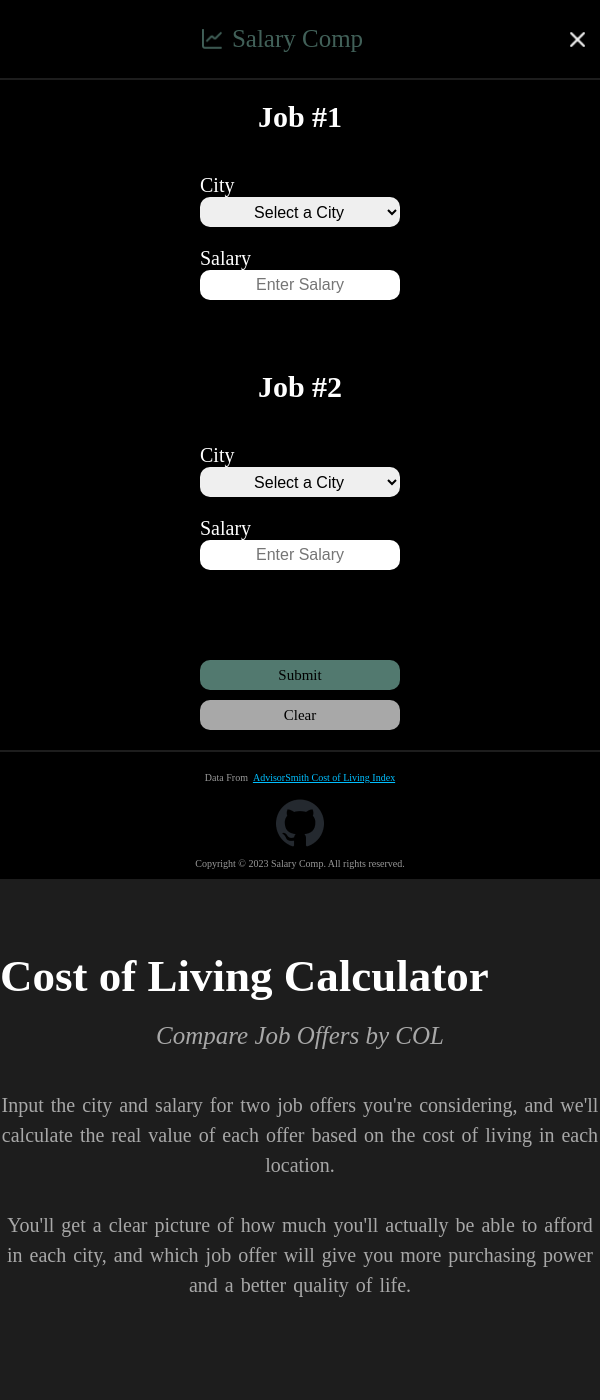
Repository: robbymcd/Salary-Comp
Page: /
These files come from the project's save history. The page is drawn as it stood at one moment and after a run of saves; the edit follows.
The browser window is 600 px wide. The pictures show the whole page.
Some web fonts or font styles are not loaded; a fallback is used. The project was rebuilt for these pictures with package versions that can differ from the ones it lists, and the page was loaded fresh each time. Also part of the build but not shown: src/Main.css, src/Main.js.

Above is the page before, as saved 2023-06-16 18:24:15.

### public/index.html
<!DOCTYPE html>
<html lang="en">
  <head>
    <meta charset="utf-8" />
    <link rel="icon" href="%PUBLIC_URL%/favicon.ico" />
    <meta name="viewport" content="width=device-width, initial-scale=1" />
    <meta name="theme-color" content="#000000" />
    <meta
      name="description"
      content="Compare Job Offers by COL"
    />
    <link rel="apple-touch-icon" href="%PUBLIC_URL%/favicon.ico" />
    <!--
      manifest.json provides metadata used when your web app is installed on a
      user's mobile device or desktop. See https://developers.google.com/web/fundamentals/web-app-manifest/
    -->
    <link rel="manifest" href="%PUBLIC_URL%/manifest.json" />
    <!--
      Notice the use of %PUBLIC_URL% in the tags above.
      It will be replaced with the URL of the `public` folder during the build.
      Only files inside the `public` folder can be referenced from the HTML.

      Unlike "/favicon.ico" or "favicon.ico", "%PUBLIC_URL%/favicon.ico" will
      work correctly both with client-side routing and a non-root public URL.
      Learn how to configure a non-root public URL by running `npm run build`.
    -->
    <title>Salary Comp</title>
  </head>
  <body>
    <noscript>You need to enable JavaScript to run this app.</noscript>
    <div id="root"></div>
    <!--
      This HTML file is a template.
      If you open it directly in the browser, you will see an empty page.

      You can add webfonts, meta tags, or analytics to this file.
      The build step will place the bundled scripts into the <body> tag.

      To begin the development, run `npm start` or `yarn start`.
      To create a production bundle, use `npm run build` or `yarn build`.
    -->
  </body>
</html>

### src/index.css
body {
  margin: 0;
  font-family: -apple-system, BlinkMacSystemFont, 'Segoe UI', 'Roboto', 'Oxygen',
    'Ubuntu', 'Cantarell', 'Fira Sans', 'Droid Sans', 'Helvetica Neue',
    sans-serif;
  -webkit-font-smoothing: antialiased;
  -moz-osx-font-smoothing: grayscale;
  height: 100%;
  width: 100%;
}

html {
  height: 100%;
  width: 100%;
  background-color: #1D1D1D;
}

code {
  font-family: source-code-pro, Menlo, Monaco, Consolas, 'Courier New',
    monospace;
}

### src/App.js
import React, { useState } from 'react';
import './App.css';
import Sidebar from './Sidebar.js';
import Content from './Content.js';

function App() {
  const [isSubmitted, setIsSubmitted] = useState(false);
  const [cityCOL1, setCityCOL1] = useState('');
  const [cityCOL2, setCityCOL2] = useState('');
  const [cityName1, setCityName1] = useState('');
  const [cityName2, setCityName2] = useState('');
  const [salary1, setSalary1] = useState('');
  const [salary2, setSalary2] = useState('');

  const handleFormSubmit = (formData) => {
    setIsSubmitted(true);
    setCityCOL1(formData.cityCOL1);
    setCityCOL2(formData.cityCOL2);
    setCityName1(formData.cityName1);
    setCityName2(formData.cityName2);
    setSalary1(formData.salary1);
    setSalary2(formData.salary2);
  };

  return (
    <div className="main">
        <Sidebar onFormSubmit={handleFormSubmit}/>
        <Content isSubmitted={isSubmitted} cityCOL1={cityCOL1} cityCOL2={cityCOL2} cityName1={cityName1} cityName2={cityName2} salary1={salary1} salary2={salary2} />
    </div>
  );
}

export default App;

### src/App.css
.main {
    display: flex;
    flex-direction: row;
    height: 200%;
    width: 100%;
    background-color: #1D1D1D;
}

@media screen and (max-width: 700px) {
    .main {
        flex-direction: column;
        gap: 100px;
    }
}

### src/Content.js
import React from 'react';
import './Content.css';
import Instruction from './Instruction.js';
import Main from './Main.js';

export default function Content({ isSubmitted ,cityCOL1 ,cityCOL2, cityName1, cityName2 , salary1, salary2 }) {

    return (
        <div className='Content-container'>
            {isSubmitted ? <Main cityCOL1={cityCOL1} cityCOL2={cityCOL2} cityName1={cityName1} cityName2={cityName2} salary1={salary1} salary2={salary2}/> : <Instruction />}
        </div>
    );
}

### src/Sidebar.css
@import url('https://fonts.googleapis.com/css?family=Roboto-Mono');
@import url('https://fonts.googleapis.com/css?family=Mukta-Vaani');
.sidebar {
    display: flex;
    height: 100vh;
    width: fit-content;
}

.closed-sidebar {
    display: flex;
    height: 100vh;
    width: fit-content;
    margin-right: 22vw;
}

.plusIcon {
    height: 30px;
    width: 30px;
    margin-left: 20px;
    align-self: center;
    cursor: pointer;
}

.plusIcon:hover {
    opacity: 0.5;
}

.error {
    display: flex;
    font-size: 15px;
    margin-bottom: -15px;
    color: #BA1F33;
}

.button-container {
    display: flex;
    flex-direction: column;
    gap: 10px;
    margin-top: 20px;
}

.submit-container {
    display: flex;
}

.submit {
    height: 30px;
    width: clamp(200px, 20vw, 300px);
    border-radius: 10px;
    border: none;
    outline: none;
    cursor: pointer;
    background-color: #52796F;
    font-family: Mukta Vaani;
    font-size: 15px;
    color: #000;
    font-weight: normal;
    box-shadow: 0px 4px 4px rgba(0, 0, 0, 0.25);
}

.submit:hover {
    opacity: 0.8;
}

.clear-container {
    display: flex;
}

.clear {
    height: 30px;
    width: clamp(200px, 20vw, 300px);
    border-radius: 10px;
    border: none;
    outline: none;
    cursor: pointer;
    background-color: #a8a8a8;
    font-family: Mukta Vaani;
    font-size: 15px;
    color: #000;
    box-shadow: 0px 4px 4px rgba(0, 0, 0, 0.25);
}

.clear:hover {
    opacity: 0.8;
}

@media screen and (min-width: 1650px) {
    .button-container {
        gap: 20px;
    }
}

@media screen and (max-width: 700px) {
    .sidebar {
        display: grid;
        height: fit-content;
        width: 100vw;
    }

    .closed-sidebar {
        height: fit-content;
        justify-content: center;
    }

    .plusIcon {
        margin: 0;
    }

    .submit {
        width: 200px;
    }

    .clear {
        width: 200px;
    }
}

### src/OpenSidebar.css
@import url('https://fonts.googleapis.com/css?family=Roboto-Mono');
@import url('https://fonts.googleapis.com/css?family=Mukta-Vaani');

.open-sidebar {
    display: flex;
    flex-direction: column;
    height: 100vh;
    width: 25vw;
    background-color: #000;
    box-shadow: 0px 0px 4px 4px rgba(0, 0, 0, 0.25);
    margin-right: 8vw;
    transition: transform 0.3s ease-in-out;
}

.sidebar-header {
    display: flex;
    width: 25vw;
    border-bottom: 2px solid #1d1d1d;
    justify-content: space-between;
    align-items: center;
}

.sidebar-wrapper {
    display: inline-block;
}

.centering {
    display: flex;
    flex-direction: row;
    width: 100%;
    align-self: center;
    align-items: center;
    justify-content: center;
}

.logo {
    display: flex;
    flex-direction: row;
    width: 100%;
    align-items: center;
    justify-content: center;
    gap: 10px;
    cursor: pointer;
}

.logo:hover {
    opacity: .8;
}

.logo p {
    font-family: Roboto Mono;
    color: #52796F;
    font-size: 25px;
}

.chart {
    height: 20px;
    width: 20px;
}

.city {
    display: flex;
    flex-direction: column;
    font-family: Mukta Vaani;
    font-style: normal;
    font-weight: 300;
    font-size: 20px;
    color: #fff;
}

.salary{
    display: flex;
    flex-direction: column;
    font-family: Mukta Vaani;
    font-style: normal;
    font-weight: 300;
    font-size: 20px;
    color: #fff;
}

.salary label {
    display: flex;
    justify-self: center;
}

.form {
    display: flex;
    flex-direction: column;
    font-family: Mukta Vaani;
    height: 100%;
    align-items: center;
    gap: 20px;
    border-bottom: 2px solid #1d1d1d;
    justify-content: center;
    padding: 20px;
}

.form h1 {
    color: #fff;
    font-family: Roboto Mono;
    font-size: 30px;
    font-weight: 700;
    font-style: normal;
    text-align: center;
    margin-top: 10px;
    margin-bottom: 0px;
}

select {
    cursor: pointer;
}

input {
    text-decoration: none;
    height: 30px;
    width: clamp(200px, 20vw, 300px);
    border-radius: 10px;
    outline: none;
    border: none;
    padding: 0;
    text-align: center;
    font-size: 16px;
    cursor: pointer;
}

.salarycomp {
    height: 80px;
    width: 360px;
}

.x {
    height: 25px;
    width: 25px;
    cursor: pointer;
    margin-right: 10px;
}

.x:hover {
    opacity: 0.5;
    transition: ease-in-out 0.2s;
}

.footer {
    display: flex;
    flex-direction: column;
    align-items: center;
    justify-content: center;
    width: 100%;
    background-color: #000;
}

.footer p {
    color: #fff;
    opacity: .6;
    font-family: 'Mukta Vaani';
    font-style: normal;
    font-weight: 300;
    font-size: 14px;
    text-align: center;
}

.hiw {
    display: flex;
    flex-direction: row;
    align-items: center;
    justify-content: center;
    gap: 10px;
}

.hiw a {
    font-size: 14px;
    font-weight: 300;
    font-family: 'Mukta Vaani';
    color: #00bfff;
}

.hiw a:hover {
    opacity: 0.5;
    transition: ease-in-out 0.2s;
}

.github {
    height: 50px;
    width: 50px;
    cursor: pointer;
}

.github:hover {
    opacity: 0.8;
}

@media screen and (max-width: 1000px) {
    .footer p {
        font-size: 10px;
    }

    .hiw a {
        font-size: 10px;
    }

    .hiw {
        margin-top: 10px;
        margin-bottom: 5px;
        gap: 5px;
    }
}

@media screen and (min-height: 800px) {
    .form h1 {
        margin-top: 0;
        margin-bottom: 20px;
    }

    input {
        margin-bottom: 50px;
    }
}

@media screen and (max-width: 700px) {
    .open-sidebar {
        width: 100vw;
        margin: 0;
    }

    .sidebar-header {
        width: 100vw;
    }

    .city {
        width: 200px;
    }

    select {
        width: 200px;
    }
}

### src/Select.css
.select-main {
    text-decoration: none;
    height: 30px;
    width: clamp(200px, 20vw, 300px);
    border-radius: 10px;
    outline: none;
    text-align: center;
    font-size: 16px;
}

.select-main select {
    text-align: center;
    text-decoration: none;
    outline: none;
    border: none;
    height: 30px;
    width: clamp(200px, 20vw, 300px);
    border-radius: 10px;
    font-size: 16px;
    padding-left: 10px;
}

### src/Content.css
@import url('https://fonts.googleapis.com/css?family=Kadwa');
@import url('https://fonts.googleapis.com/css?family=Hind-Madurai');

.Content-container {
    display: flex;
    width: 100%;
}

.header {
    display: flex;
    flex-direction: row;
    align-items: center;
    margin-top: 50px;
    gap: 25px;
}

.content h1 {
    font-family: Kadwa;
    font-weight: bold;
    font-size: 45px;
    height: 100%;
    margin: 0;
}

.content h2 {
    font-family: Hind Madurai;
    font-size: 40px;
    color: #a8a8a8;
    margin-top: 50px;
    width: 75%;
    font-weight: 500;
    font-style: italic;
}

.content p {
    display: flex;
    width: 50vw;
    font-family: Hind Madurai;
    font-size: 20px;
    color: #a8a8a8;
    word-spacing: 2px;
    line-height: 1.5;
    margin-top: 50px;
    width: 70%;
}

.content {
    display: flex;
    flex-direction: column;
    color: #fff;
    height: fit-content;
    width: 100%;
    justify-items: center;
}

.calculator {
    display: flex;
    height: 150px;
    width: 150px;
}

@media screen and (max-width: 700px) {
    .Content-container {
        width: 100vw;
        justify-content: center;
        text-align: center;
    }

    .calculator {
        display: none;
    }

    .content h2 {
        font-size: 25px;
        width: 100vw;
        margin-top: 20px;
        margin-bottom: 20px;
    }

    .content p {
        width: 100vw;
        margin-top: 20px;
        margin-bottom: 100px;
    }
}

### src/Instruction.js
import calculator from './calculator.png';

export default function Instruction() {
    return (
        <div className="content">
            <div className="header">
                <h1>Cost of Living Calculator</h1>
                <img className="calculator" src={calculator} alt='calculator'></img>
            </div>
            <h2>Compare Job Offers by COL</h2>
            <p>Input the city and salary for two job offers you're considering, and we'll calculate the real value of each offer based on the cost of living in each location.<br/><br/>You'll get a clear picture of how much you'll actually be able to afford in each city, and which job offer will give you more purchasing power and a better quality of life.
            </p>
        </div>
    );
}

Loaded but not shown: src/index.js (common file); src/reportWebVitals.js (common file); src/Sidebar.js (399 lines, source omitted)

After the next 2 saves:
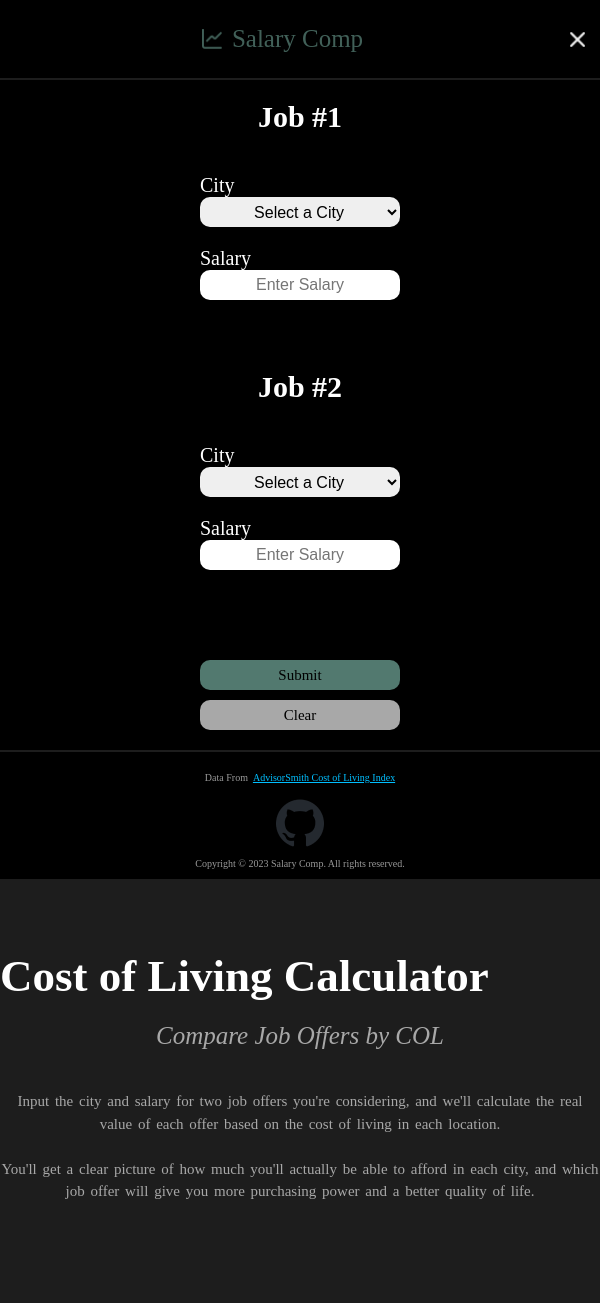
The 2 saves are shown as one change because they came seconds apart.
The last was saved 14 s later.
--- a/src/Content.css
+++ b/src/Content.css
@@ -78,6 +78,7 @@
     }
 
     .content p {
+        font-size: 15px;
         width: 100vw;
         margin-top: 20px;
         margin-bottom: 100px;
